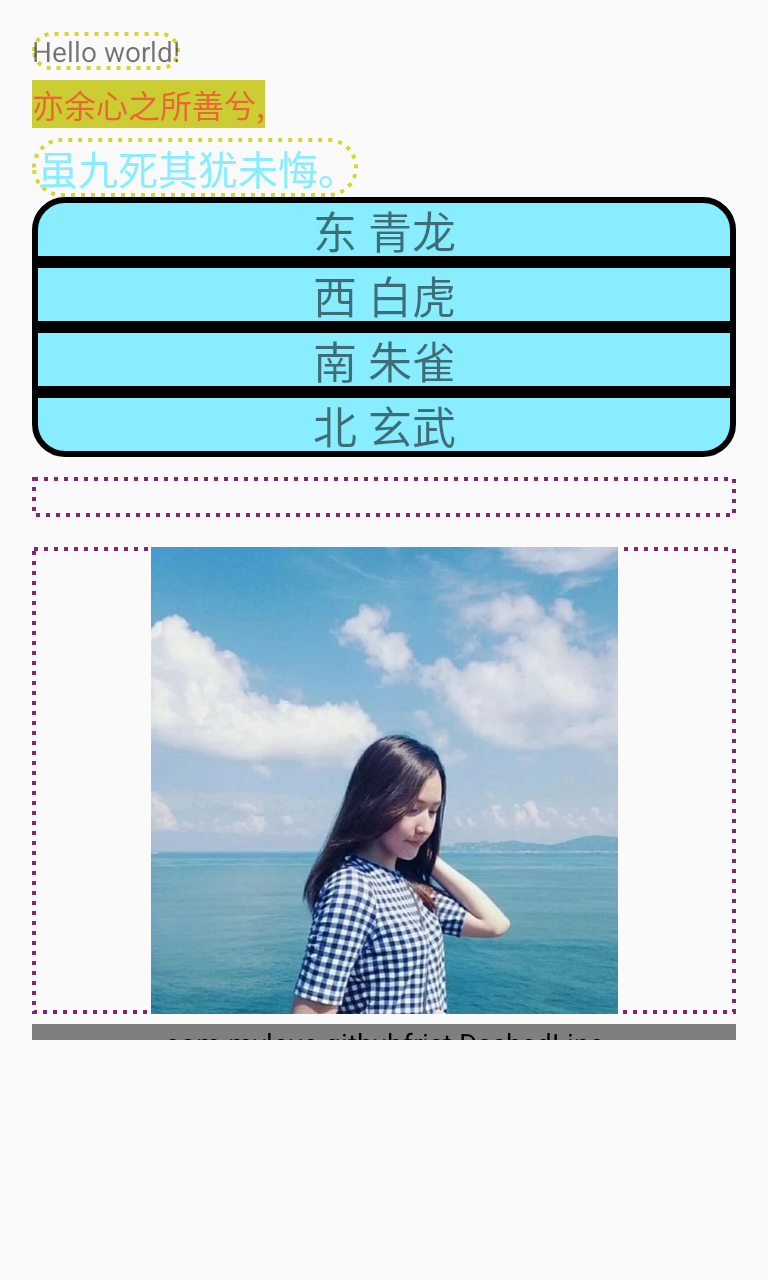
Repository: duhei/cici
Layout: GitHubFrist/res/layout/activity_main.xml
The author's editor kept a copy of each file at every save. The layout is drawn from the files as they stood at one save, then again after the next save.
Pictures or frames that could not be fetched are drawn as grey boxes. It is drawn on a 768 x 1280 px phone screen (xhdpi) without system bars, with theme AppTheme; the app's code is not run.

Above is the layout before, as saved 2015-07-10 09:36:14.

After the next save:
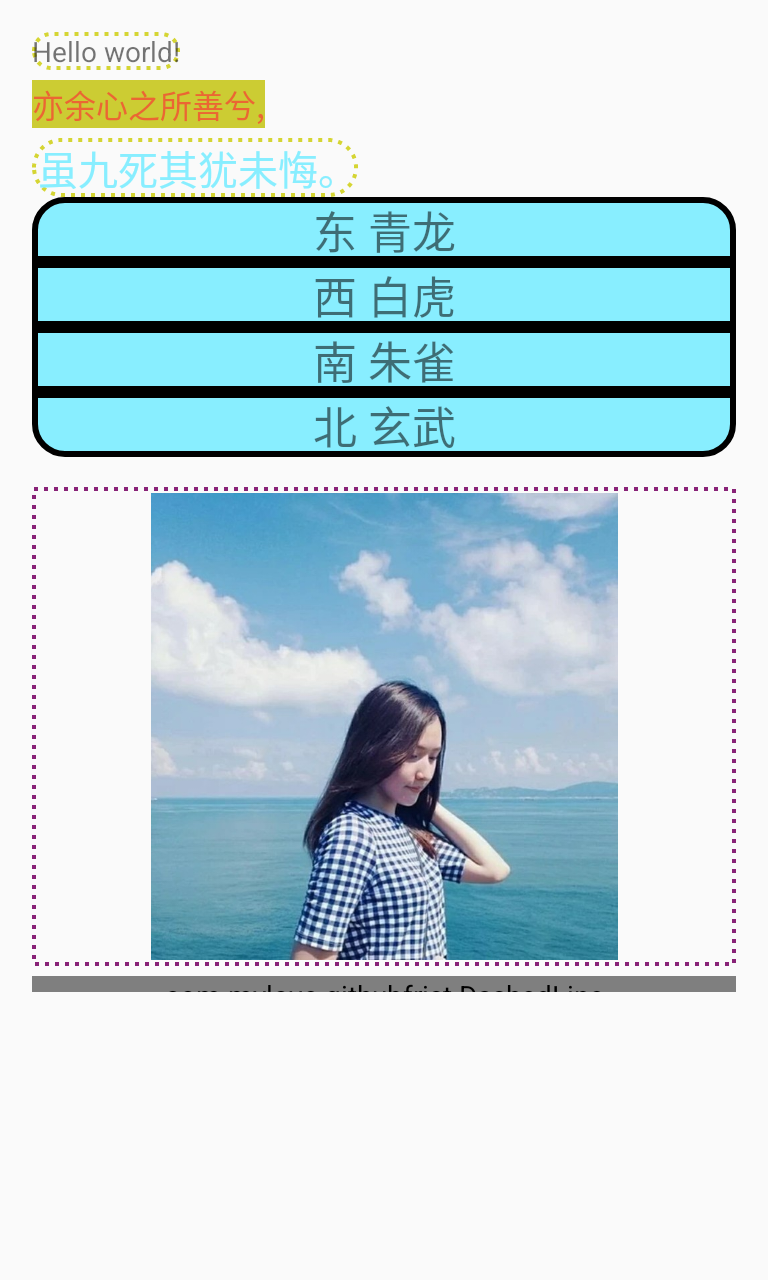
Saved 47 s later.
--- a/GitHubFrist/res/layout/activity_main.xml
+++ b/GitHubFrist/res/layout/activity_main.xml
@@ -70,12 +70,6 @@
         android:gravity="center"
         />
 
-    <TextView
-       	android:layout_width="match_parent"
-       	android:layout_height="20dp"
-       	android:layout_marginTop="10dp"
-       	android:background="@drawable/line_shape"
-        />
 
     <ImageView
         android:layout_marginTop="15dp"
@@ -83,6 +77,8 @@
         android:layout_height="wrap_content"
         android:background="@drawable/line_shape"
         android:src="@drawable/meinv09"
+        android:paddingTop="3dp"
+        android:paddingBottom="3dp"
 
         />
 
